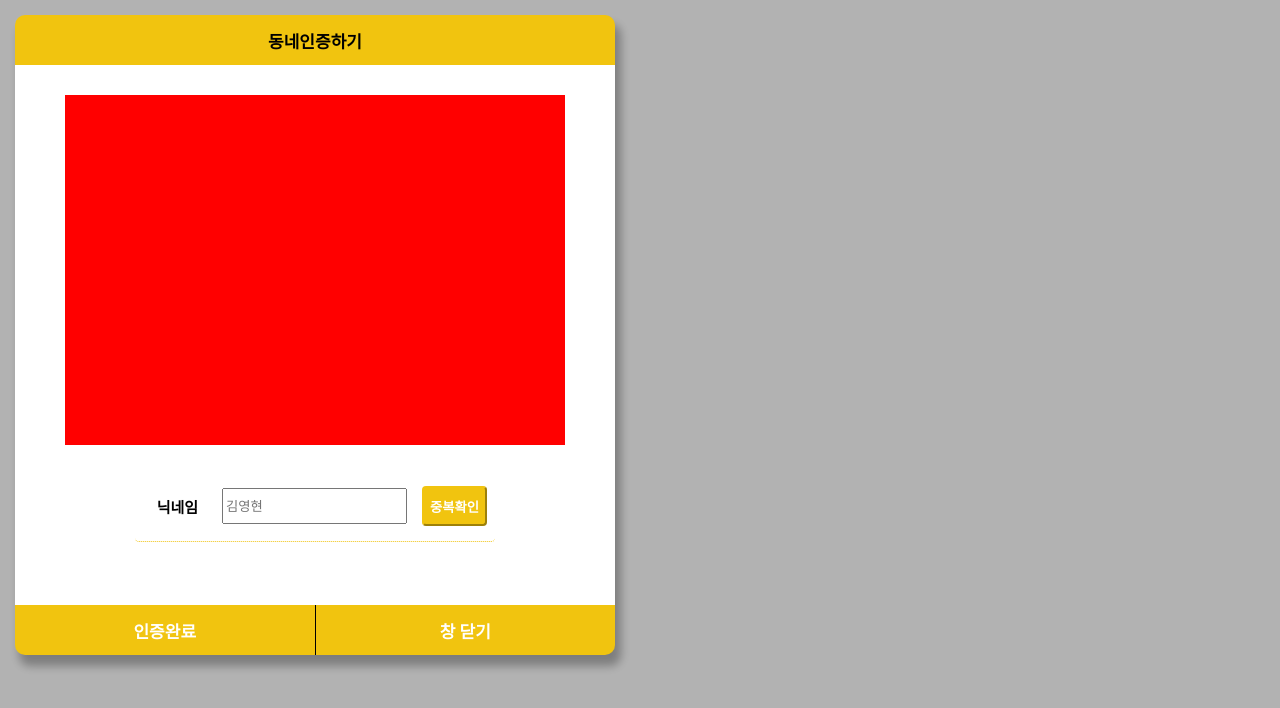
Repository: Corn-Market/Front-end
Page: http://localhost/CornMarket/resources/views/popup_profile_mytown.jsp
The author's editor kept a copy of each file at every save. The page is drawn from the files as they stood at one save, then again after the next save.
The browser window is 1280 px wide. The pictures show the whole page.
The page is served by Tomcat 9. Other server files are loaded and not shown.

Above is the page before, as saved 2022-12-19 06:17:15.

### CornMarket/src/main/webapp/resources/views/popup_profile_mytown.jsp
<%@ page language="java" contentType="text/html; charset=UTF-8"
    pageEncoding="UTF-8"%>
<%@ taglib uri="http://java.sun.com/jsp/jstl/core" prefix="c" %>
<c:set var="path" value="${pageContext.request.contextPath}"/>
<!DOCTYPE html>
<html>
<head>
<meta charset="EUC-KR">
<title>Insert title here</title>
<link rel="stylesheet" href="${path}/resources/css/popup_update.css"/>
<link rel="stylesheet" href="${path}/resources/css/profile_update.css"/>
<script src="https://ajax.googleapis.com/ajax/libs/jquery/3.5.1/jquery.min.js"></script><script src="https://ajax.googleapis.com/ajax/libs/jquery/3.5.1/jquery.min.js"></script>
</head>
<body>
	<div class="container">
        <div class="popup-wrap" id="popup">
          <div class="popup">
            <div class="popup-head">
                <span class="head-title">동네인증하기</span>
            </div>
            <div class="popup-body">
              <div class="body-content">
                <div class="body-titlebox">
                </div>
                <div class="body-contentbox">
                	<div class="up_main">
                		<div class="up_title">닉네임</div>
               			<input type="text" placeholder="김영현" class="update_nickname">
                		<input type="button" value="중복확인" class="double_check">
           			 </div>
                </div>
              </div>
            </div>
            <div class="popup-foot">
              <span class="pop-btn confirm" id="confirm" onclick="">인증완료</span>
              <span class="pop-btn close" id="close" onclick="">창 닫기</span>
            </div>
          </div>
         </div>
    </div>
</body>
</html>

### CornMarket/src/main/webapp/resources/css/popup_update.css
.popup-wrap{
    background-color:rgba(0,0,0,.3);
    justify-content:center;
    align-items:center;
    position:fixed;
    top:0;
    left:0;
    right:0;
    bottom:0;
    padding:15px;

  }

  .popup{
    width:1000px;
    max-width:600px;
    border-radius:10px;
    overflow:hidden;
    background-color:rgb(241, 196, 15);
    font-size: 17px;
    font-weight: bold;
    box-shadow: 5px 10px 10px 1px rgba(0,0,0,.3);
  }

  .popup-head{
    width:100%;
    height:50px;
    display:flex;
    align-items:center;
    justify-content:center;
  }

  .popup-body{
    background-color:#ffffff;
  }
  .body-content{
    padding:20px;
  }
  .body-titlebox{
    text-align:center;
    width:500px;
    height:350px;
    background-color:red;
    margin:10px auto;
  }
  .body-contentbox{
  	width:360px;
  	height:100px;
    margin:10px auto;
    margin-top:30px;
  }

  .popup-foot{
    width:100%;
    height:50px;
    display: flex;
  }

  .pop-btn{
    display:inline-flex;
    width:50%;
    height:100%;
    justify-content:center;
    align-items:center;
    float:left;
    color:rgb(255, 255, 255);
    cursor:pointer;
  }
  .pop-btn.confirm{
    border-right:1px solid black;
  }

  .search_btn{
  	 width:100px;
      height:40px;
      border-radius: 4px;
      border-color: rgb(241, 196, 15);
      background-color: rgb(241, 196, 15);
      color: rgb(255, 255, 255);
      font-weight: bold;
      display: block;
      margin:20px auto;
  }

  .body_contentbox h3{
  		text-align:center;
  }

### CornMarket/src/main/webapp/resources/css/profile_update.css
.update_wrap{
    width:70%;
    margin:0px auto;
    background-color: #fbf7f2;
    padding: 40px;
}

.update_first{
    width:450px;
    height:500px;
    margin:10px auto;
    margin-bottom: 30px;
}

.update_first img{
    width:400px;
    height:400px;
    border-radius: 50%;
    background-color: red;
    margin:0px auto;
    display: block;
}

.update_first input{
    width:100px;
    height:40px;
    margin:50px auto;
    border-radius: 4px;
    border-color: rgb(241, 196, 15);
    background-color: rgb(241, 196, 15);
    color: rgb(255, 255, 255);
    font-weight: bold;
    display: block;
}

.update_second{
    width:800px;
    margin:80px auto;
    padding:5px;
    border:0.3px solid rgb(241, 196, 15);
    border-radius: 4px;
}

.up_title{
    width:150px;
    height:50px;
    border-radius: 4px;
    font-size: 15px;
    font-weight: bold;
    text-align: center;
    line-height: 50px;
}

.update_nickname{
    width:250px;
    height:30px;
    margin-top: 5px;
    margin-right: 15px;
    margin-left: 10px;
}

.up_main{
    display:flex;
    height:50px;
    padding:8px;
    border-bottom:0.1px dotted rgb(241, 196, 15);
    border-radius: 4px;
    margin-bottom: 10px;
}
.map_zone{
    padding:8px;
    border-bottom:0.1px dotted rgb(241, 196, 15);
    border-radius: 4px;
    margin-bottom: 10px;
}
.update_map{
    display: flex;
    height:300px;
    padding:8px;
    margin-bottom: 10px;
}

.map_search{
    width:400px;
    display: flex;
    margin-left: 150px;
}

.double_check{
    width:100px;
    height:40px;
    margin-top: 3px;
    border-radius: 4px;
    border-color: rgb(241, 196, 15);
    background-color: rgb(241, 196, 15);
    color: rgb(255, 255, 255);
    font-weight: bold;
    display: block;
}
.search_location{
    width:120px;
    height:40px;
    margin-top: 3px;
    border-radius: 4px;
    border-color: rgb(241, 196, 15);
    background-color: rgb(241, 196, 15);
    color: rgb(255, 255, 255);
    font-weight: bold;
    display: block;
}

.update_third input{
    width:100px;
    height:40px;
    margin:15px auto;
    border-radius: 4px;
    border-color: rgb(241, 196, 15);
    background-color: rgb(241, 196, 15);
    color: rgb(255, 255, 255);
    font-weight: bold;
    display: block;
}

.map{
    width:500px;
    height:300px;
    margin-left: 2px;
    background-color: blue;
}

.profile_phone{
    width:200px;
    height:30px;
    margin-top: 11px;
    margin-left: 10px;
    margin-right: 10px;
}


.join_first_email{
    height:100px;
    padding:8px;
    border-bottom:0.1px dotted rgb(241, 196, 15);
    border-radius: 4px;
    margin-bottom: 10px;
}

.join_email_second{
    display: flex;
}

.join_input_email{
    margin-left: 10px;
    margin-right: 10px;
    margin-top: 2px;
    width:150px;
    height:30px;
}

.join_email_first{
    display: flex;
}

.email_num{
    width:120px;
    height:30px;
    margin-left: 160px;
    margin-right: 10px;
    margin-top: 2px;
}

After the next save:
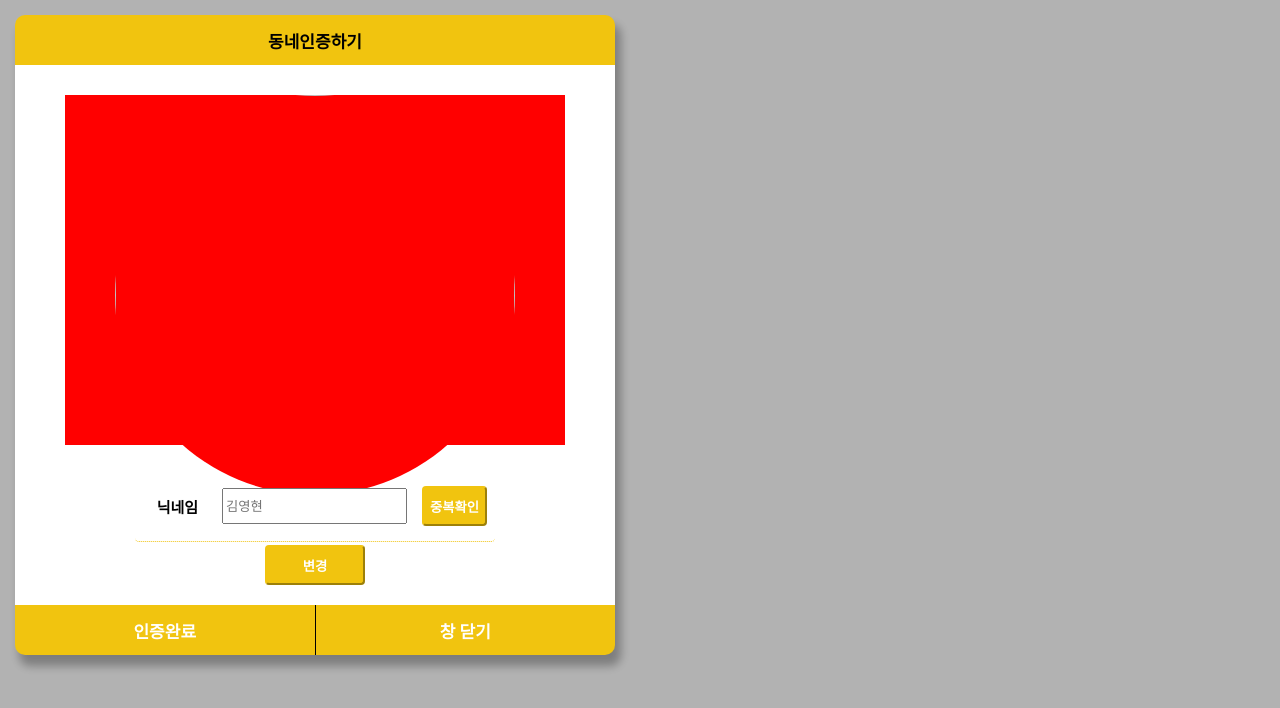
Saved 30 s later.
--- a/CornMarket/src/main/webapp/resources/views/popup_profile_mytown.jsp
+++ b/CornMarket/src/main/webapp/resources/views/popup_profile_mytown.jsp
@@ -21,6 +21,10 @@
             <div class="popup-body">
               <div class="body-content">
                 <div class="body-titlebox">
+                	<div class="update_first">
+            			<img>
+            			<input type="button" value="변경" onclick="change_img()">
+        			</div>
                 </div>
                 <div class="body-contentbox">
                 	<div class="up_main">
